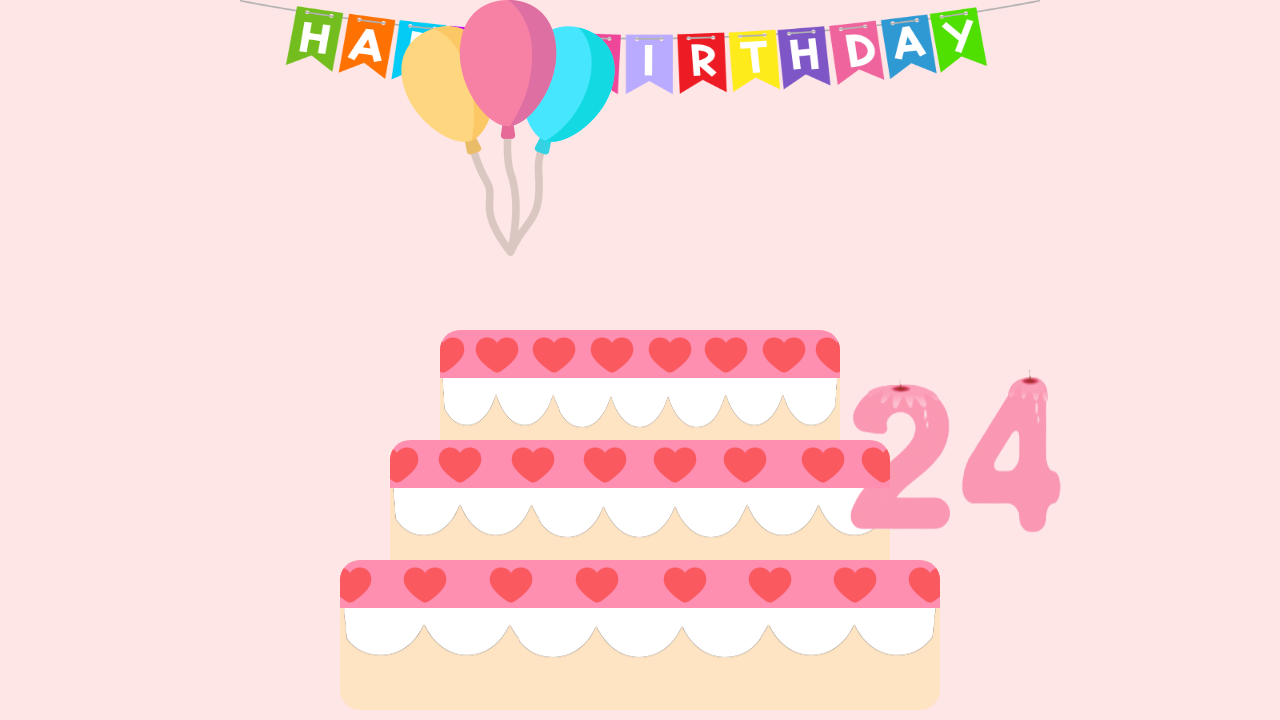
Repository: iphoneboy46/happybirthday
Page: index.html
An editor plug-in stored every save of this project. The page is shown before and after the next save, followed by the edit.
The browser window is 1280 px wide. The pictures show the whole page.

Above is the page before, as saved 2022-11-28 18:14:05.

### index.html
<!DOCTYPE html>
<html lang="en">
  <head>
    <meta charset="UTF-8" />
    <meta http-equiv="X-UA-Compatible" content="IE=edge" />
    <meta name="viewport" content="width=device-width, initial-scale=1.0" />
    <title>Happy Birthday</title>
    <link rel="stylesheet" href="style.css" />
  </head>
  <body>
    <div class="container">
      <div class="cake">
        <div class="top--cake">
          <div class="img-wavy">
            <img src="image/img1.png" alt="" />
          </div>

          <div class="img-heart-1--top">
            <img src="image/heart.png" alt="" />
          </div>
          <div class="img-heart-2--top">
            <img src="image/heart.png" alt="" />
          </div>
          <div class="img-heart-3--top">
            <img src="image/heart.png" alt="" />
          </div>
          <div class="img-heart-4--top">
            <img src="image/heart.png" alt="" />
          </div>
          <div class="img-heart-5--top">
            <img src="image/heart.png" alt="" />
          </div>
          <div class="img-heart-6--top">
            <img src="image/heart.png" alt="" />
          </div>
          <div class="img-heart-7--top">
            <img src="image/heart.png" alt="" />
          </div>
          <div class="img-heart-8--top">
            <img src="image/heart.png" alt="" />
          </div>

          <div class="border-cake"></div>
        </div>
        <div class="center--cake">
          <div class="img-wavy">
            <img src="image/img1.png" alt="" />
          </div>
          <div class="img-heart-1--center">
            <img src="image/heart.png" alt="" />
          </div>
          <div class="img-heart-2--center">
            <img src="image/heart.png" alt="" />
          </div>
          <div class="img-heart-3--center">
            <img src="image/heart.png" alt="" />
          </div>
          <div class="img-heart-4--center">
            <img src="image/heart.png" alt="" />
          </div>
          <div class="img-heart-5--center">
            <img src="image/heart.png" alt="" />
          </div>
          <div class="img-heart-6--center">
            <img src="image/heart.png" alt="" />
          </div>
          <div class="img-heart-7--center">
            <img src="image/heart.png" alt="" />
          </div>
          <div class="img-heart-8--center">
            <img src="image/heart.png" alt="" />
          </div>

          <div class="border-cake"></div>
        </div>
        <div class="bottom--cake">
          <div class="img-wavy">
            <img src="image/img1.png" alt="" />
          </div>

          <div class="img-heart-1">
            <img src="image/heart.png" alt="" />
          </div>
          <div class="img-heart-2">
            <img src="image/heart.png" alt="" />
          </div>
          <div class="img-heart-3">
            <img src="image/heart.png" alt="" />
          </div>
          <div class="img-heart-4">
            <img src="image/heart.png" alt="" />
          </div>
          <div class="img-heart-5">
            <img src="image/heart.png" alt="" />
          </div>
          <div class="img-heart-6">
            <img src="image/heart.png" alt="" />
          </div>
          <div class="img-heart-7">
            <img src="image/heart.png" alt="" />
          </div>
          <div class="img-heart-8">
            <img src="image/heart.png" alt="" />
          </div>

          <div class="border-cake"></div>
        </div>
        <div class="number2">
            <img src="image/number2png.png" alt="">
        </div>
        <div class="number4">
            <img src="image/number4.png" alt="">
        </div>
      </div>

          <div class="text-hbbd">
            <img src="image/hbbdpng.png" alt="">
          </div>
          <div class="bongbong1">
            <img src="image/balloon.png" alt="">
          </div>

    </div>
  </body>
</html>

### style.css
*{
    padding: 0;
    margin: 0;
    box-sizing: border-box;
}

.container{
   width: 100%;
    background-color: #FFE6E6;
   height: 100vh;
   display: flex;
   justify-content: center;
   align-items: flex-end;
}

.cake{
    display: flex;
    flex-direction: column;
    justify-content:center;
    align-items:center
}


.top--cake{
    position: relative;
    overflow: hidden;
    width: 400px;
    height:110px;
    background-color: bisque;
    border-top-left-radius:20px;
    border-top-right-radius:20px;

}



.center--cake{
    position: relative;
    overflow: hidden;
    width: 500px;
    height:120px;
    background-color: bisque;
    border-top-left-radius:20px;
    border-top-right-radius:20px;

}


.bottom--cake{
    position: relative;
    overflow: hidden;
    width: 600px;
    height:150px;
    background-color: bisque;
    border-radius:20px;
    margin-bottom: 10px;
}



.img-wavy{
    width: 100%;
    height: 100px;
}

.img-wavy img{
    width: 100%;
    height: 100%;
}

.img-heart-1{
    z-index: 3;
    position: absolute;
    top: 0px;
    left: -15px;
    width:50px;
    height:50px;
}


.img-heart-1 img{
    width: 100%;
    height: 100%;
}

.img-heart-2{
    z-index: 3;
    position: absolute;
    top: 0px;
    left: 60px;
    width:50px;
    height:50px;
}


.img-heart-2 img{
    width: 100%;
    height: 100%;
}


.img-heart-3{
    z-index: 3;
    position: absolute;
    top: 0px;
    left: 146px;
    width:50px;
    height:50px;
}


.img-heart-3 img{
    width: 100%;
    height: 100%;
}

.img-heart-4{
    z-index: 3;
    position: absolute;
    top: 0px;
    left: 232px;
    width:50px;
    height:50px;
}


.img-heart-4 img{
    width: 100%;
    height: 100%;
}

.img-heart-5{
    z-index: 3;
    position: absolute;
    top: 0px;
    left: 320px;
    width:50px;
    height:50px;
}


.img-heart-5 img{
    width: 100%;
    height: 100%;
}

.img-heart-6{
    z-index: 3;
    position: absolute;
    top: 0px;
    left: 405px;
    width:50px;
    height:50px;
}


.img-heart-6 img{
    width: 100%;
    height: 100%;
}

.img-heart-7{
    z-index: 3;
    position: absolute;
    top: 0px;
    left: 490px;
    width:50px;
    height:50px;
}


.img-heart-7 img{
    width: 100%;
    height: 100%;
}

.img-heart-8{
    z-index: 3;
    position: absolute;
    top: 0px;
    right: -15px;
    width:50px;
    height:50px;
}


.img-heart-8 img{
    width: 100%;
    height: 100%;
}



.border-cake{
    z-index: 2;
    position: absolute;
    top: 0;
    width: 100%;
    height: 48px;
    background-color: #FF8FB1;
}


.img-heart-1--center{
    z-index: 3;
    position: absolute;
    top: 0px;
    left: -18px;
    width:50px;
    height:50px;
}


.img-heart-1--center img{
    width: 100%;
    height: 100%;
}

.img-heart-2--center{
    z-index: 3;
    position: absolute;
    top: 0px;
    left: 45px;
    width:50px;
    height:50px;
}


.img-heart-2--center img{
    width: 100%;
    height: 100%;
}


.img-heart-3--center{
    z-index: 3;
    position: absolute;
    top: 0px;
    left: 118px;
    width:50px;
    height:50px;
}


.img-heart-3--center img{
    width: 100%;
    height: 100%;
}

.img-heart-4--center{
    z-index: 3;
    position: absolute;
    top: 0px;
    left: 190px;
    width:50px;
    height:50px;
}


.img-heart-4--center img{
    width: 100%;
    height: 100%;
}

.img-heart-5--center{
    z-index: 3;
    position: absolute;
    top: 0px;
    left: 260px;
    width:50px;
    height:50px;
}


.img-heart-5--center img{
    width: 100%;
    height: 100%;
}

.img-heart-6--center{
    z-index: 3;
    position: absolute;
    top: 0px;
    left: 330px;
    width:50px;
    height:50px;
}


.img-heart-6--center img{
    width: 100%;
    height: 100%;
}

.img-heart-7--center{
    z-index: 3;
    position: absolute;
    top: 0px;
    left: 408px;
    width:50px;
    height:50px;
}


.img-heart-7--center img{
    width: 100%;
    height: 100%;
}

.img-heart-8--center{
    z-index: 3;
    position: absolute;
    top: 0px;
    right: -18px;
    width:50px;
    height:50px;
}


.img-heart-8--center img{
    width: 100%;
    height: 100%;
}


.img-heart-1--top{
    z-index: 3;
    position: absolute;
    top: 0px;
    left: -22px;
    width:50px;
    height:50px;
}


.img-heart-1--top img{
    width: 100%;
    height: 100%;
}

.img-heart-2--top{
    z-index: 3;
    position: absolute;
    top: 0px;
    left: 32px;
    width:50px;
    height:50px;
}


.img-heart-2--top img{
    width: 100%;
    height: 100%;
}


.img-heart-3--top{
    z-index: 3;
    position: absolute;
    top: 0px;
    left: 89px;
    width:50px;
    height:50px;
}


.img-heart-3--top img{
    width: 100%;
    height: 100%;
}

.img-heart-4--top{
    z-index: 3;
    position: absolute;
    top: 0px;
    left: 147px;
    width:50px;
    height:50px;
}


.img-heart-4--top img{
    width: 100%;
    height: 100%;
}

.img-heart-5--top{
    z-index: 3;
    position: absolute;
    top: 0px;
    left: 205px;
    width:50px;
    height:50px;
}


.img-heart-5--top img{
    width: 100%;
    height: 100%;
}

.img-heart-6--top{
    z-index: 3;
    position: absolute;
    top: 0px;
    left: 261px;
    width:50px;
    height:50px;
}


.img-heart-6--top img{
    width: 100%;
    height: 100%;
}

.img-heart-7--top{
    z-index: 3;
    position: absolute;
    top: 0px;
    left: 319px;
    width:50px;
    height:50px;
}


.img-heart-7--top img{
    width: 100%;
    height: 100%;
}

.img-heart-8--top{
    z-index: 3;
    position: absolute;
    top: 0px;
    right: -22px;
    width:50px;
    height:50px;
}


.img-heart-8--top img{
    width: 100%;
    height: 100%;
}

.number2{
    position: absolute;
    width: 100px;
    height: 150px;
    top: 380px;
    left: 850px;
}

.number2 img{
    width: 100%;
    height: 100%;
}

.number4{
    position: absolute;
    width: 140px;
    height: 180px;
    top: 370px;
    left: 950px;
}

.number4 img{
    width: 100%;
    height: 100%;
}


.text-hbbd{
    position: absolute;
    top: 0;
    width: 800px;
    height: 100px;
}

.text-hbbd img{
    width: 100%;
    height: 100%;
}

.bongbong1{
    position: absolute;
    width: 150px;
    height: 100px;
    left:380px;
    top: 0px;
}

After the next save:
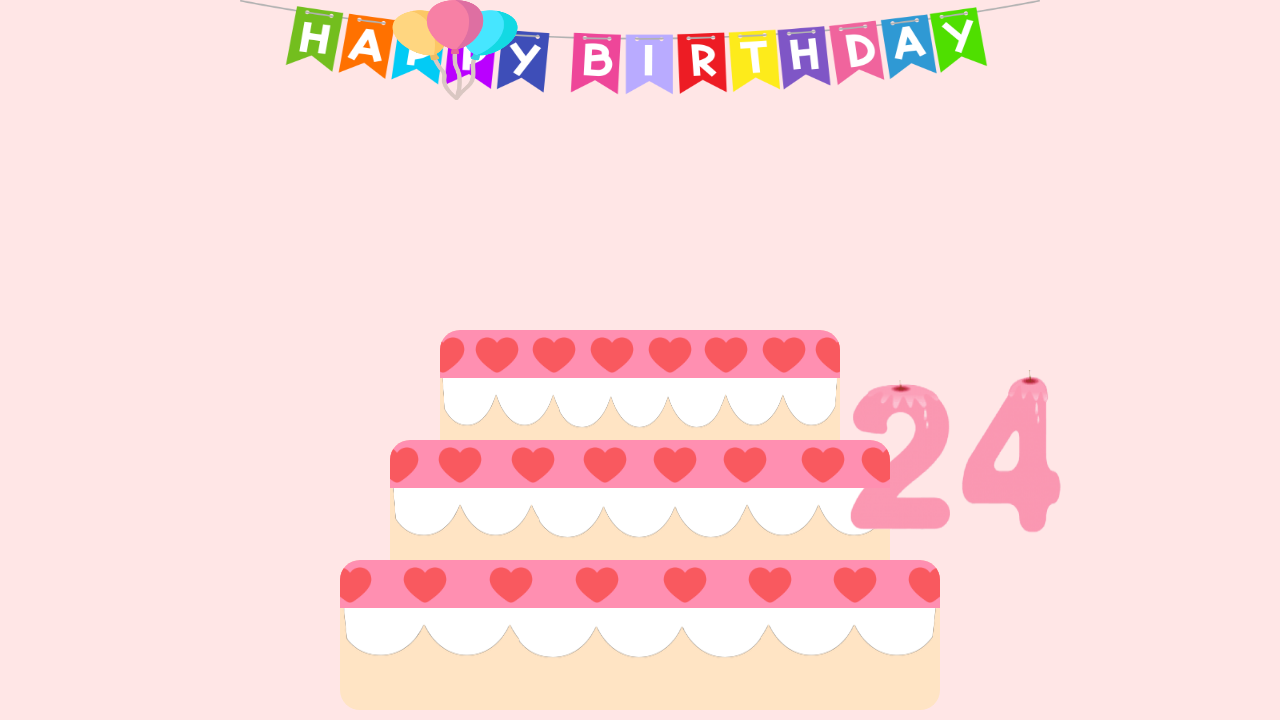
Saved 12 s later.
--- a/style.css
+++ b/style.css
@@ -490,3 +490,8 @@
     left:380px;
     top: 0px;
 }
+
+.bongbong1 img{
+    width: 100%;
+    height: 100%;
+}
